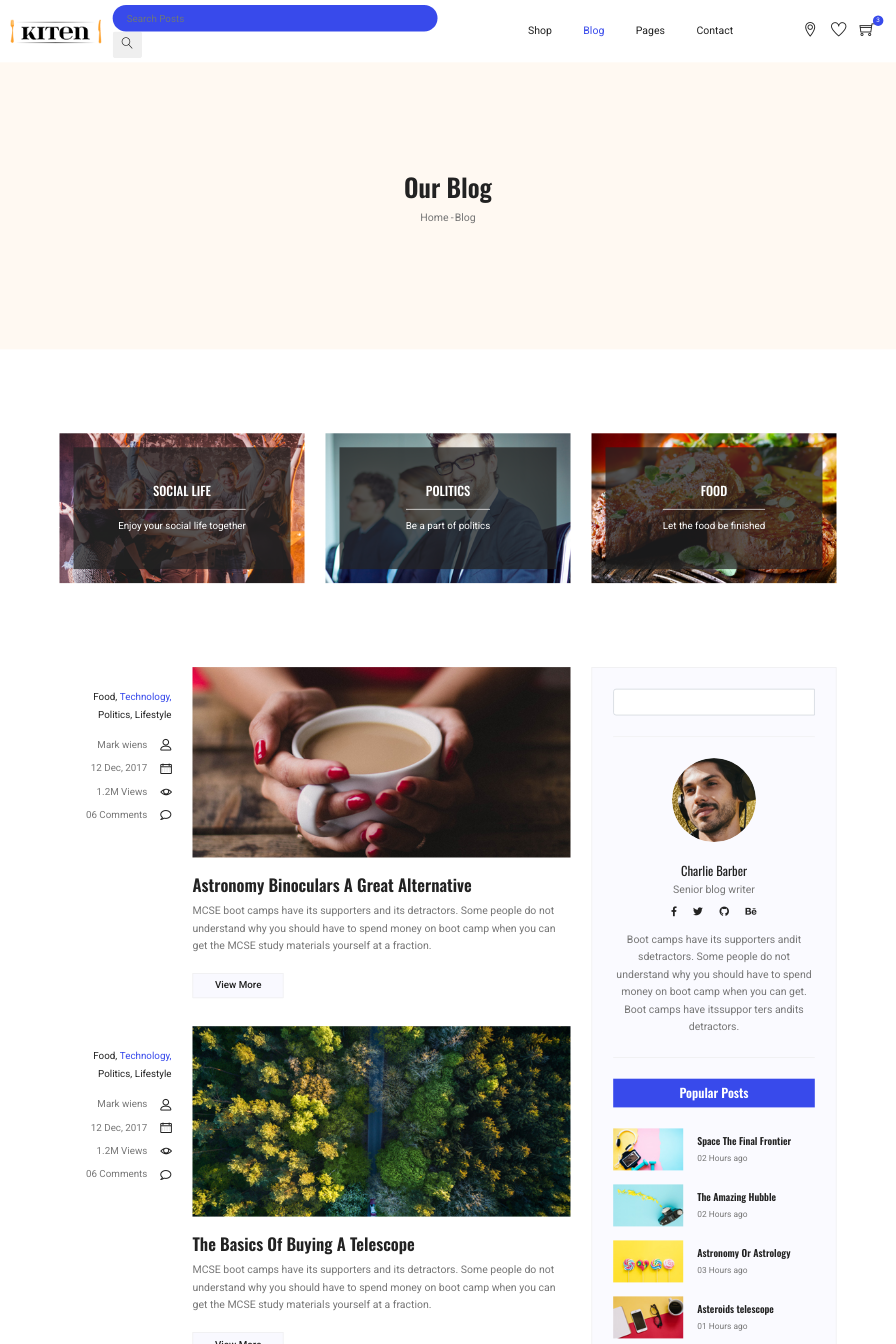
Repository: miniwon/semiProject_KITEN
Page: http://localhost/KITEN/WEB-INF/views/blog.jsp
An editor plug-in stored every save of this project. The page is shown before and after the next save, followed by the edit.
The browser window is 1280 px wide. The pictures show the part of the page from y = 0 to 1920 px (the page is 4484 px tall before and 4522 px after), at 70% of full size.
The page is served by Tomcat 9. Nobody is signed in. The template is opened directly, without the code that normally fills it, so the values that code supplies are empty.

Above is the page before, as saved 2022-11-17 02:39:44.

After the next save:
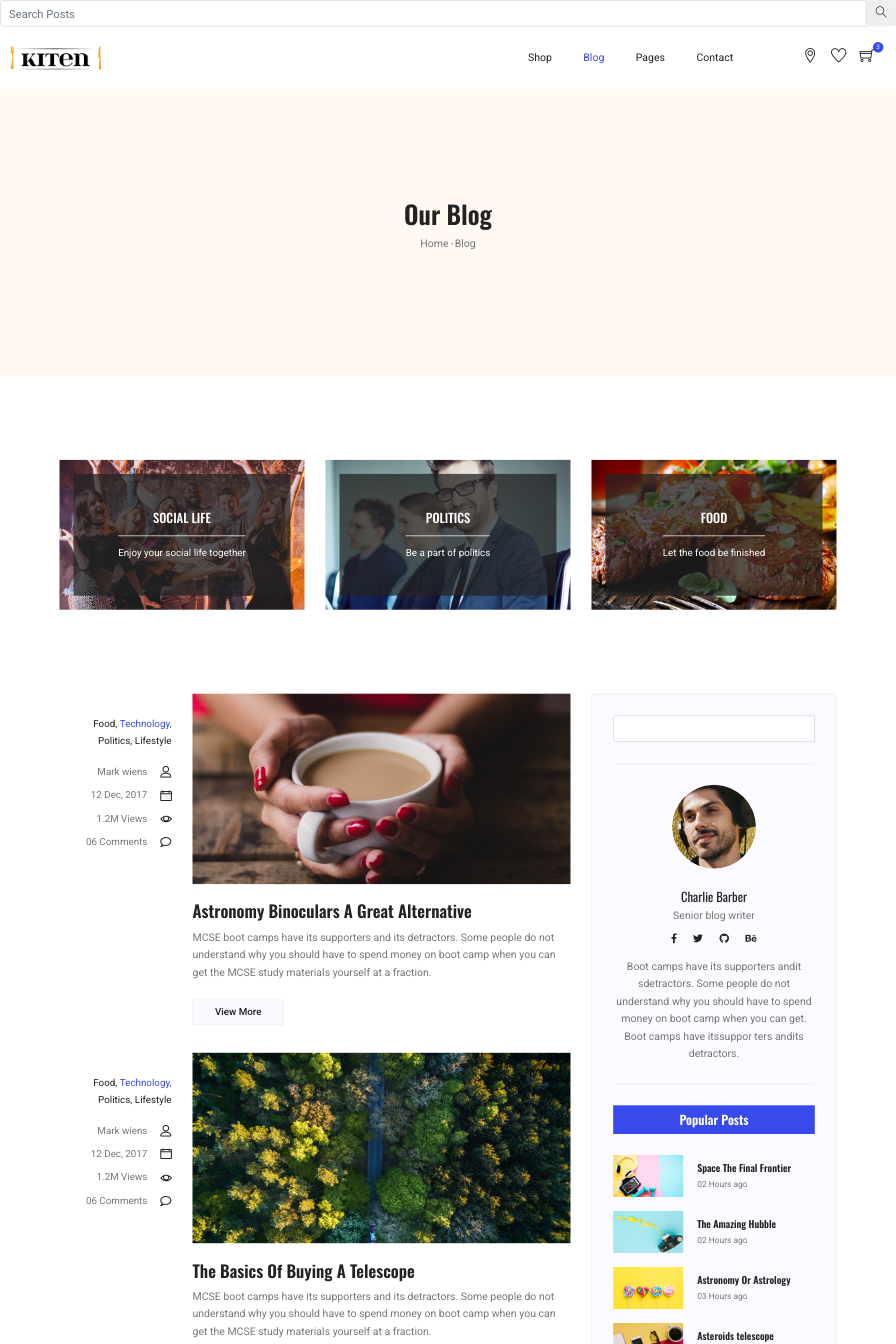
Saved 101 s later.
--- a/KITEN/src/main/webapp/WEB-INF/views/blog.jsp
+++ b/KITEN/src/main/webapp/WEB-INF/views/blog.jsp
@@ -23,6 +23,13 @@
 <body>
 	<!--================ Start Header Menu Area =================-->
 	<header class="header_area">
+		<div class="input-group">
+			<input type="text" class="form-control" placeholder="Search Posts"> <span class="input-group-btn">
+				<button class="btn btn-default" type="button">
+					<i class="lnr lnr-magnifier"></i>
+				</button>
+			</span>
+		</div>
 		<div class="main_menu">
 			<nav class="navbar navbar-expand-lg navbar-light">
 				<div class="container">
@@ -31,13 +38,7 @@
 						aria-label="Toggle navigation">
 						<span class="icon-bar"></span> <span class="icon-bar"></span> <span class="icon-bar"></span>
 					</button>
-					<div class="input-group">
-						<input type="text" class="form-control" placeholder="Search Posts"> <span class="input-group-btn">
-							<button class="btn btn-default" type="button">
-								<i class="lnr lnr-magnifier"></i>
-							</button>
-						</span>
-					</div>
+
 				</div>
 				<div class="container">
 					<div class="collapse navbar-collapse offset" id="navbarSupportedContent">
